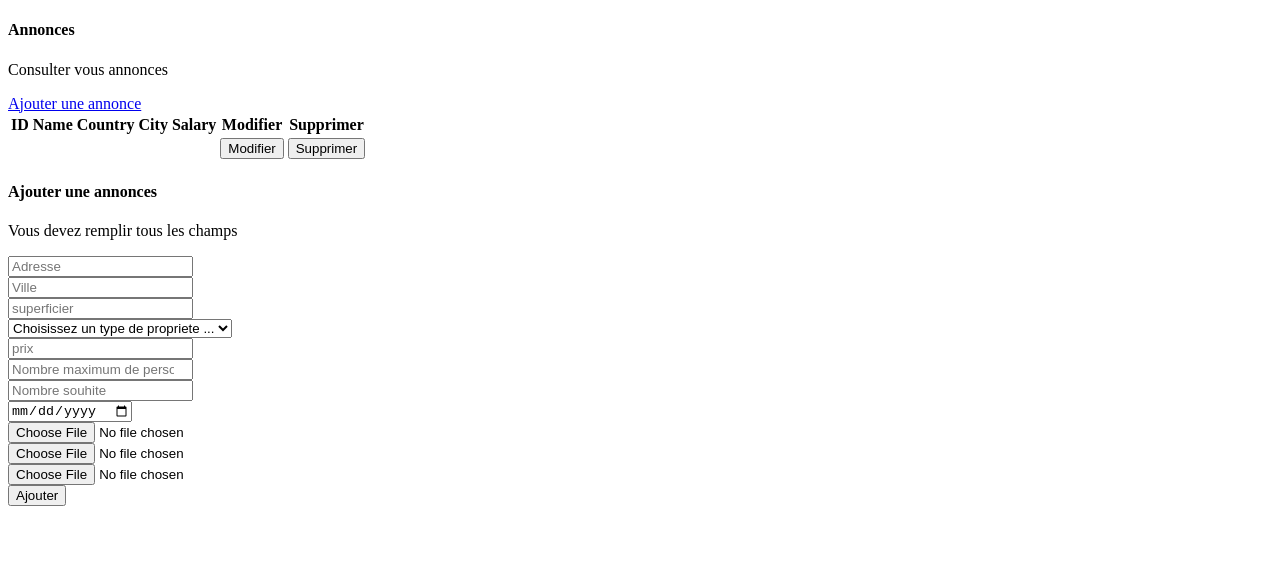
Repository: said-chafouai/E-Colocation-WebApplication
Page: http://localhost/e-colocation/WEB-INF/JSPFiles/Offreur/annonces.jsp
The author's editor kept a copy of each file at every save. The page is drawn from the files as they stood at one save, then again after a run of saves.
The browser window is 1280 px wide. The pictures show the whole page.
The page is served by Tomcat 9. Nobody is signed in. Other server files are loaded and not shown. The template is opened directly, without the code that normally fills it, so the values that code supplies are empty.

Above is the page before, as saved 2020-02-03 12:04:51.

### e-colocation/WebContent/WEB-INF/JSPFiles/Offreur/annonces.jsp
<!DOCTYPE html>
<html lang="en">

<head>
    <!--#########################  Head inclusion  ###################################-->

    <c:import url="../include/assets/head.jsp" />

    <!--##############################################################################-->
    <title>
        Material Dashboard by Creative Tim
    </title>
</head>

<body class="">
    <div class="wrapper ">
        <!--#########################  Sidebar inclusion  ###################################-->

        <c:import url="../include/assets/sidebarOffreur.jsp" />

        <!--##############################################################################-->
        <div class="main-panel">
            <!--#########################  Navbar inclusion  ###################################-->

            <c:import url="../include/assets/navbar.jsp" />

            <!--##############################################################################-->
            <div class="content">
                <div class="container-fluid">
                    <div class="row">
                        <div class="col-md-12">
                            <div class="card">
                                <div class="card-header card-header-primary">
                                    <h4 class="card-title">Annonces</h4>
                                    <p class="card-category">Consulter vous annonces</p>
                                </div>
                                <div class="card-body">
                                    <a class="btn btn-success pull-right" href="#ajouterAnnonce">Ajouter une annonce</a>
                                    <div class="table-responsive">
                                        <table class="table table-hover">
                                            <thead class=" text-primary">
                                                <th>
                                                    ID
                                                </th>
                                                <th>
                                                    Name
                                                </th>
                                                <th>
                                                    Country
                                                </th>
                                                <th>
                                                    City
                                                </th>
                                                <th>
                                                    Salary
                                                </th>
                                                <th class="text-warning">Modifier</th>
                                                <th class="text-danger">Supprimer</th>
                                            </thead>
                                            <tbody>
                                                <c:forEach var="propriete" items="${proprietes}">
                                                    <tr>
                                                        <td>
                                                            ${propriete.addresse}
                                                        </td>
                                                        <td>
                                                        ${propriete.ville}
                                                        </td>

                                                        <td>
                                                        ${propriete.superficie}
                                                        </td>
                                                        <td>
                                                        ${propriete.type}
                                                        </td>
                                                        <td>
                                                        ${propriete.prix}
                                                        </td>
                                                        <td>
                                                            <button class="btn btn-warning" onClick="modifierAnnonce( ${propriete.id})">Modifier</button>
                                                        </td>
                                                        <td>
                                                            <button class="btn btn-danger" onClick="suprimerAnnonce(${propriete.id})">Supprimer</button>
                                                        </td>
                                                    </tr>
                                                </c:forEach>
                                            </tbody>
                                        </table>
                                    </div>
                                </div>
                            </div>
                        </div>
                    </div>

                    <div class="row" id="ajouterAnnonce">
                        <div class="col-md-8">
                            <div class="card">
                                <div class="card-header card-header-primary">
                                    <h4 class="card-title">Ajouter une annonces</h4>
                                    <p class="card-category">Vous devez remplir tous les champs</p>
                                </div>
                                <div class="card-body">
                                    <div id="success"></div>
                                  	<form  action="O_Annonces" enctype="multipart/form-data" method="post">
	                                    <div class="form-group">
	                                        <input type="text" id="adresse" placeholder="Adresse" class="form-control" required>
	                                    </div>

	                                    <div class="form-group">
	                                        <input type="text" id="ville" placeholder="Ville" class="form-control" required>
	                                    </div>

	                                    <div class="form-group">
	                                        <input type="number" id="superficie" placeholder="superficier" class="form-control" required>
	                                    </div>

	                                    <div class="form-group">
	                                        <select id="type" class="form-control" required>
	                                            <option>Choisissez un type de propriete ...</option>
	                                            <option>type 1</option>
	                                            <option>type 2</option>
	                                            <option>type 3</option>
	                                        </select>
	                                    </div>
	                                    <div class="form-group">
	                                        <input type="Number" class="form-control" placeholder="prix" id="prix" required>
	                                    </div>
	                                    <div class="form-group">
	                                        <input type="number" class="form-control" placeholder="Nombre maximum de personne" id="nbMax" required>
	                                    </div>
	                                    <div class="form-group">
	                                        <input type="number" class="form-control" placeholder="Nombre souhite" id="nbSouhaite" required>
	                                    </div>
	                                    <div class="form-group">
	                                        <input type="date" class="form-control" placeholder="date de disponible" id="disponibilite" required>
	                                    </div>
	                                     <div class="form-group">
	                                        <input type="file" class="form-control" id="photo1" >
	                                    </div>
	                                     <div class="form-group">
	                                        <input type="file" class="form-control"  id="photo2" >
	                                    </div>
	                                     <div class="form-group">
	                                        <input type="file" class="form-control" id="photo3" >
	                                    </div>
	                                    <div class="form-group">
	                                        <input type="submit" class="btn btn-primary pull-right"value="Ajouter">
	                                    </div>
                                	</form>
                                </div>
                            </div>
                        </div>
                    </div>
                </div>
            </div>
            <!--#########################  footer inclusion  ###################################-->

            <c:import url="../include/assets/footer.jsp" />

            <!--##############################################################################-->
        </div>
    </div>
    <!--#########################  Plugin inclusion  ###################################-->

    <!-- <c:import url="../include/assets/plugin.jsp"/>  -->

    <!--##############################################################################-->

    <!--#########################  JS lib inclusion  ###################################-->

    <c:import url="../include/assets/js.jsp" />

    <!--##############################################################################-->


</body>

</html>

After the next 2 saves:
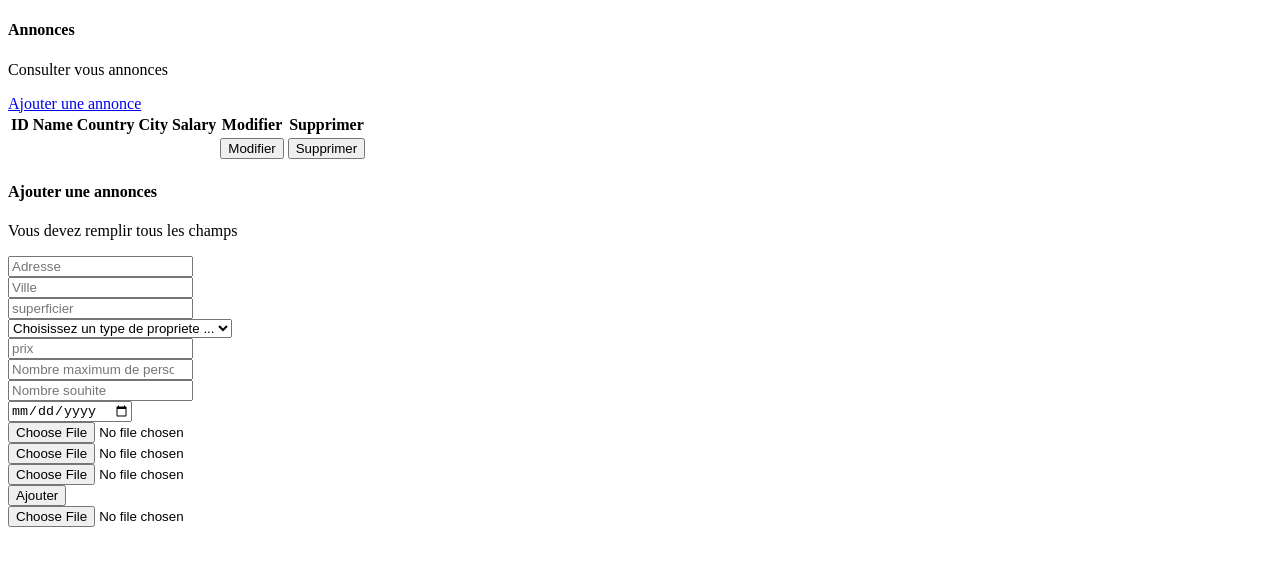
The 2 saves are shown as one change because they came seconds apart.
The last was saved 30 s later.
--- a/e-colocation/WebContent/WEB-INF/JSPFiles/Offreur/annonces.jsp
+++ b/e-colocation/WebContent/WEB-INF/JSPFiles/Offreur/annonces.jsp
@@ -147,6 +147,7 @@
 	                                        <input type="submit" class="btn btn-primary pull-right"value="Ajouter">
 	                                    </div>
                                 	</form>
+                                	 <input type="file" class="" id="ff" >
                                 </div>
                             </div>
                         </div>
